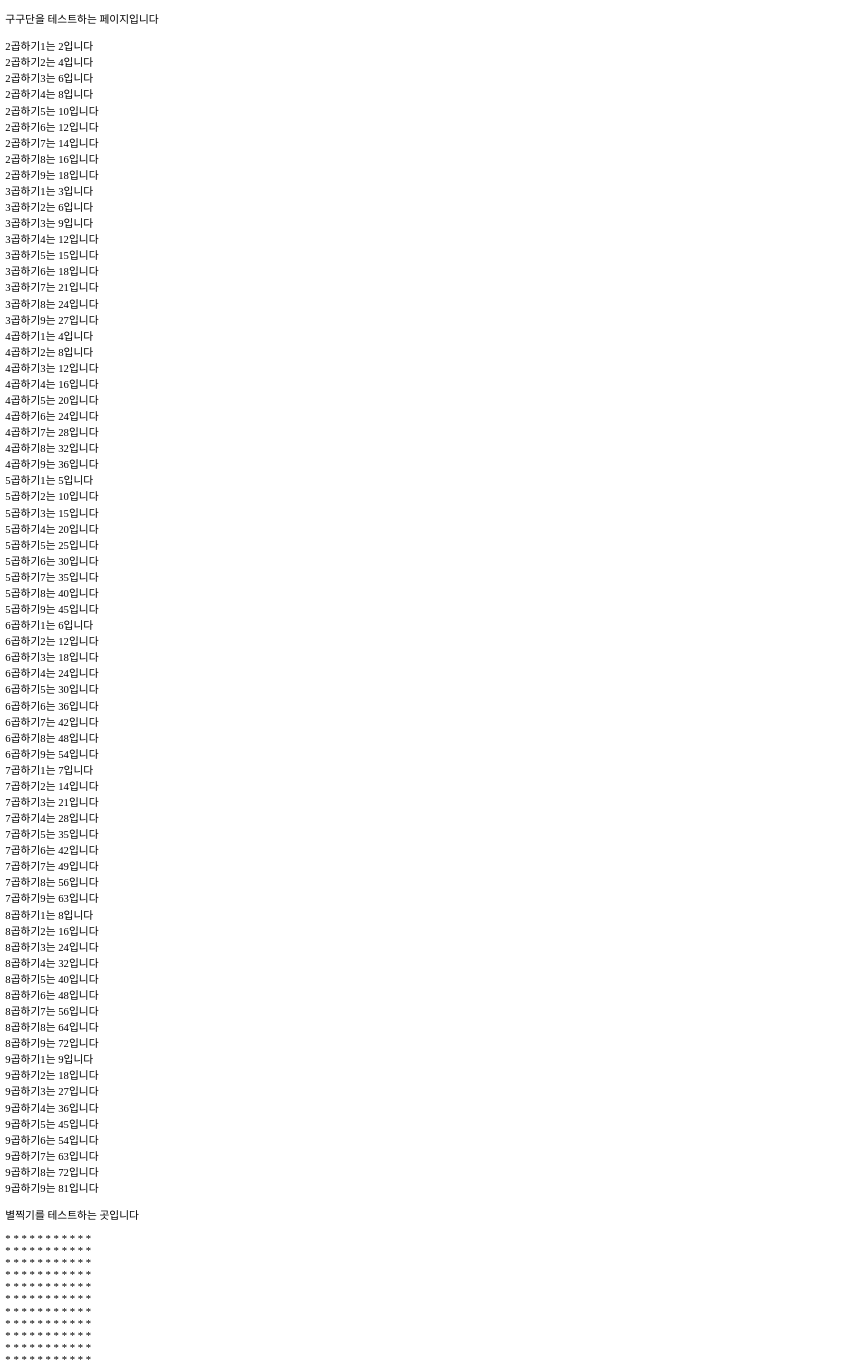
Repository: junyoung4213/JSP
Page: http://localhost/lec09_exercise/gugudan.jsp
The author's editor kept a copy of each file at every save. The page is drawn from the files as they stood at one save, then again after the next save.
The browser window is 1280 px wide. The pictures show the whole page, at 67% of full size.
The page is served by Tomcat 9.

Above is the page before, as saved 2020-04-09 08:55:22.

After the next save:
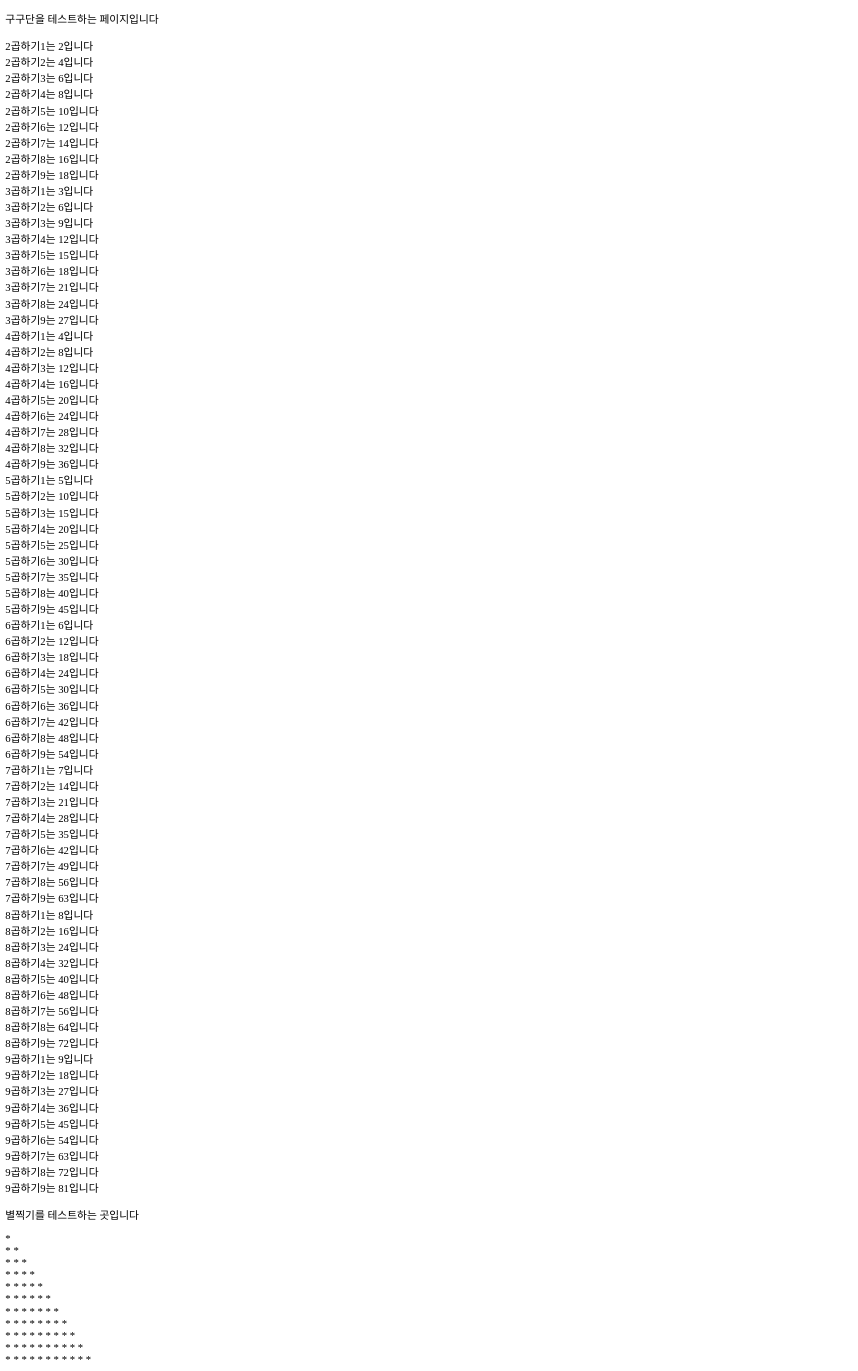
Saved 23 s later.
--- a/lecture/lec09_exercise/WebContent/star.jsp
+++ b/lecture/lec09_exercise/WebContent/star.jsp
@@ -10,7 +10,7 @@
 	<p>별찍기를 테스트하는 곳입니다</p>
 	<%
 		for(int i=0;i<=10;i++){
-			for(int j=0;j<=10;j++){
+			for(int j=0;j<=i;j++){
 				%>
 				 *
 				<%
